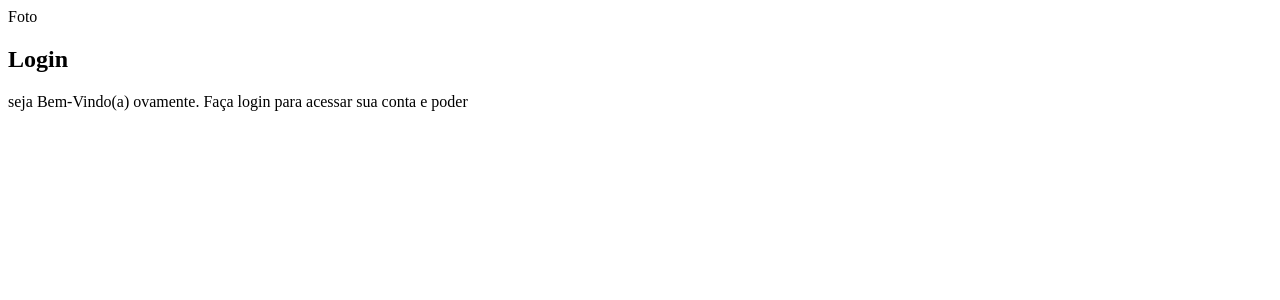
Repository: Guillermomarcon/Projeto-Login
Page: index.html
An editor plug-in stored every save of this project. The page is shown before and after a run of saves, followed by the edit.
The browser window is 1280 px wide. The pictures show the whole page.

Above is the page before, as saved 2022-09-03 13:52:55.

After the next 3 saves:
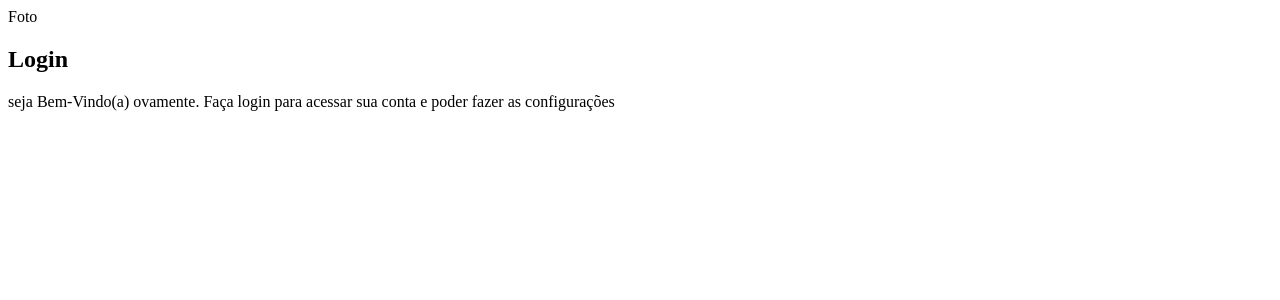
The 3 saves are shown as one change because they came seconds apart.
The last was saved 11 s later.
--- a/index.html
+++ b/index.html
@@ -17,7 +17,7 @@
             <div id="formulario">
                 <h1>Login</h1>
                 <p>
-                    seja Bem-Vindo(a) ovamente. Faça login para acessar sua conta e poder
+                    seja Bem-Vindo(a) ovamente. Faça login para acessar sua conta e poder fazer as configurações
                 </p>
             </div>
         </section>
